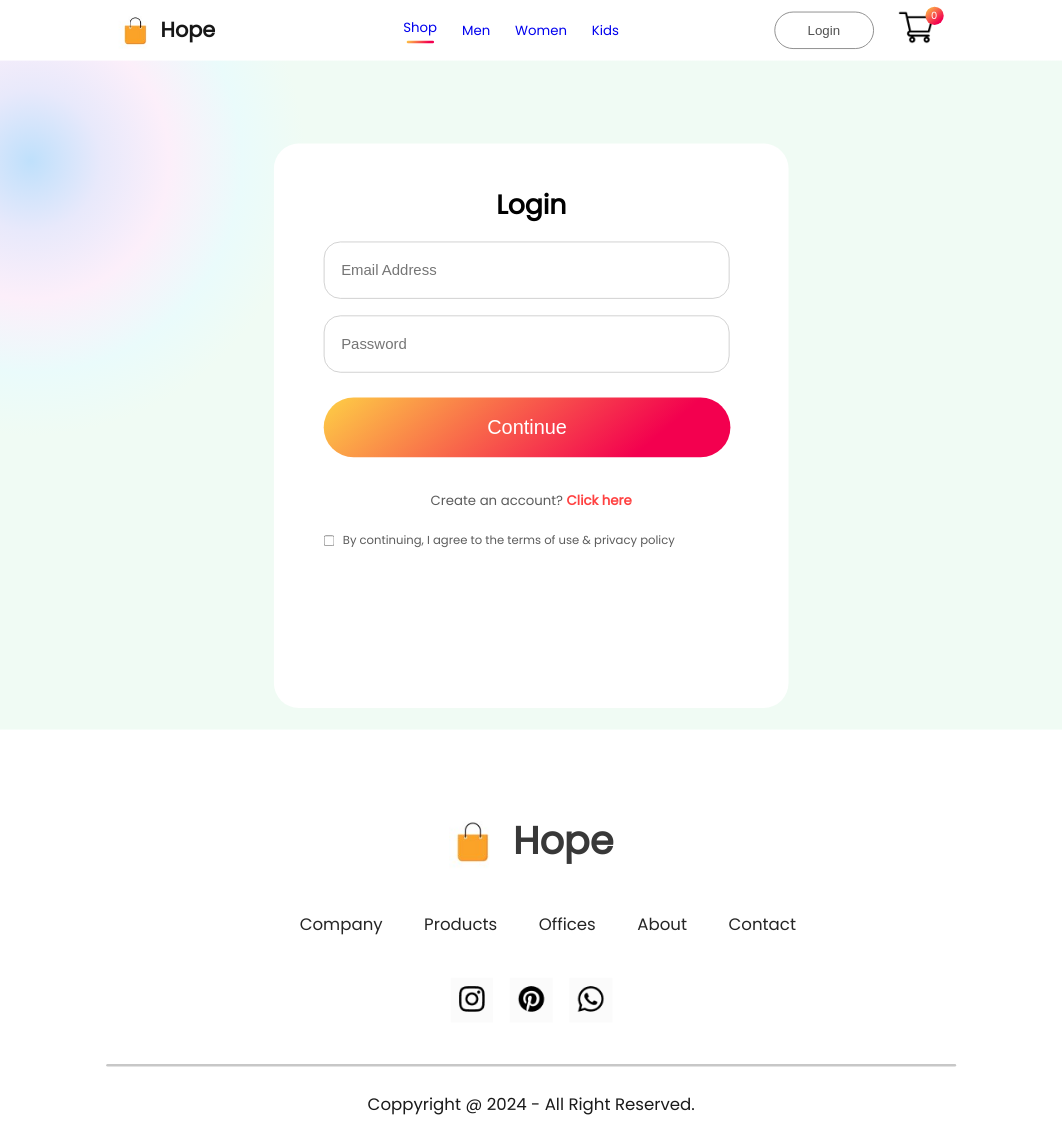
Repository: ititiu20201/Shopping-Online
Page: /login (app in my-app/)
These files come from the project's save history. The page is drawn as it stood at one moment and after the next save; the edit follows.
The browser window is 1280 px wide. The pictures show the whole page, at 83% of full size.
The page's requests for data from a server got no answer. The project was rebuilt for these pictures with package versions that can differ from the ones it lists, and the page was loaded fresh each time. No one was signed in, and anything a server would have sent is missing. Also part of the build but not shown: my-app/src/App.css, my-app/src/Pages/CSS/ShopCategory.css, my-app/src/Components/Item/Item.css, my-app/src/Components/Item/Item.jsx, my-app/src/Pages/ShopCategory.jsx, my-app/src/Components/Hero/Hero.css, my-app/src/Components/Hero/Hero.jsx, my-app/src/Components/Popular/Popular.css and 22 more.

Above is the page before, as saved 2024-06-19 21:25:09.

After the next save:
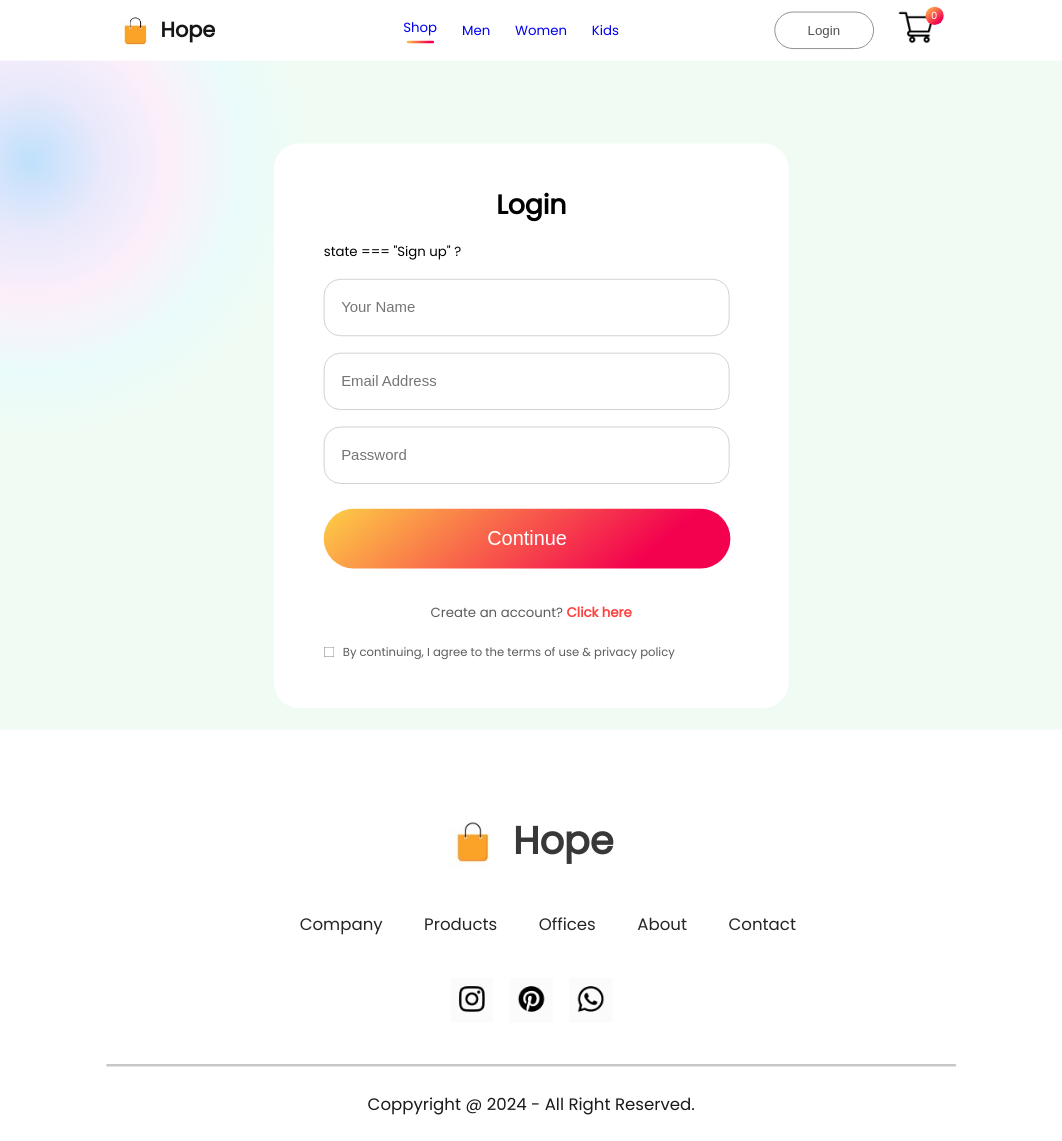
Saved 45 min 50 s later.
--- a/my-app/src/Pages/LoginSignup.jsx
+++ b/my-app/src/Pages/LoginSignup.jsx
@@ -60,15 +60,14 @@
       <div className="loginsignup-container">
         <h1>{state}</h1>
         <div className="loginsignup-fields">
-          {state === "Sign up" && (
-            <input
-              name="username"
-              value={formData.username}
-              onChange={changeHandler}
-              type="text"
-              placeholder="Your Name"
-            />
-          )}
+          state === "Sign up" ?
+          <input
+            name="username"
+            value={formData.username}
+            onChange={changeHandler}
+            type="text"
+            placeholder="Your Name"
+          />
           <input
             name="email"
             value={formData.email}

After the save that followed:
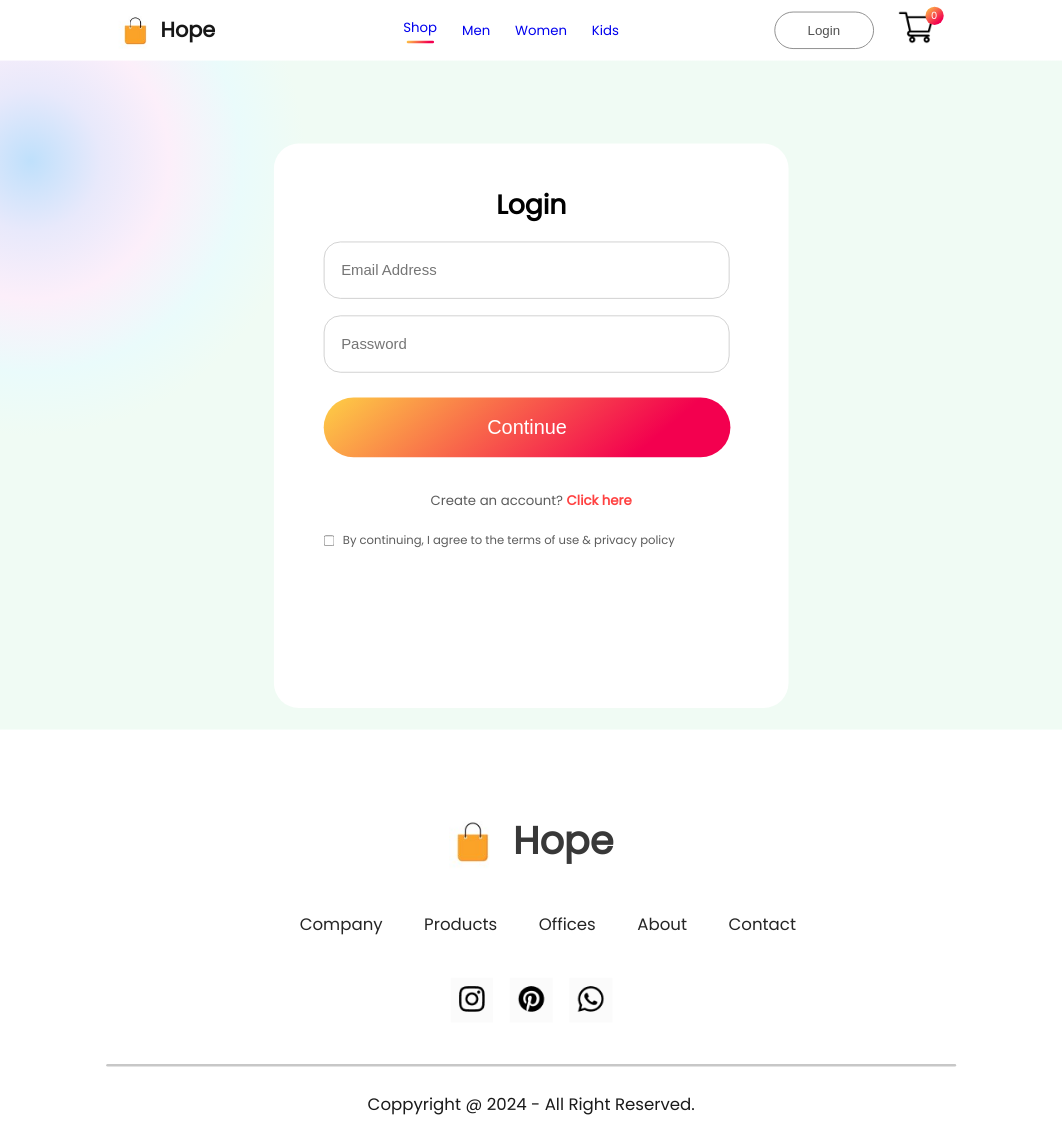
Saved 97 s later.
--- a/my-app/src/Pages/LoginSignup.jsx
+++ b/my-app/src/Pages/LoginSignup.jsx
@@ -60,14 +60,18 @@
       <div className="loginsignup-container">
         <h1>{state}</h1>
         <div className="loginsignup-fields">
-          state === "Sign up" ?
-          <input
-            name="username"
-            value={formData.username}
-            onChange={changeHandler}
-            type="text"
-            placeholder="Your Name"
-          />
+          {state === "Sign up" ? (
+            <input
+              name="username"
+              value={formData.username}
+              onChange={changeHandler}
+              type="text"
+              placeholder="Your Name"
+            />
+          ) : (
+            <></>
+          )}
+
           <input
             name="email"
             value={formData.email}
